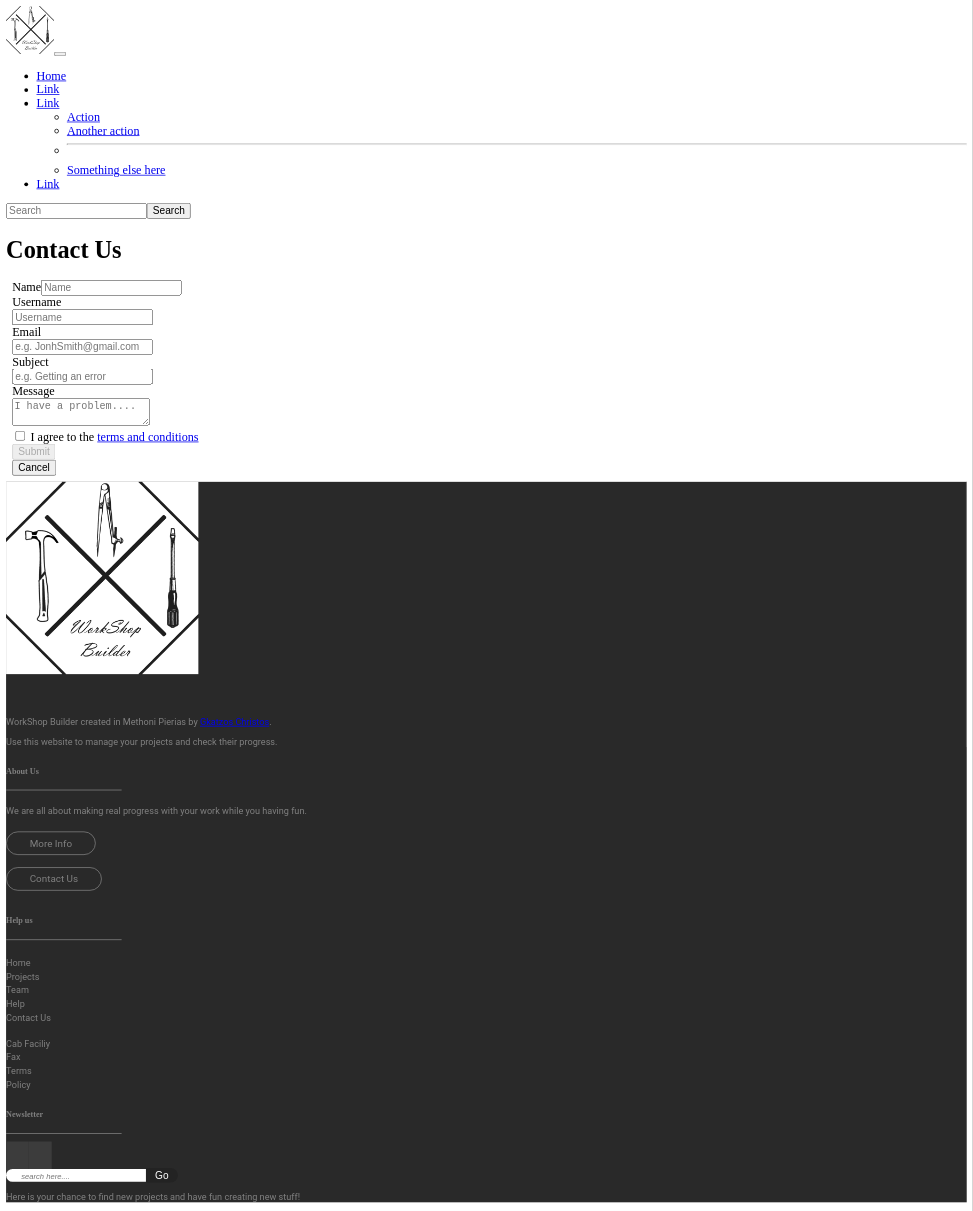
Repository: GkatzosChristos/workshop-builder-ui
Page: /contactUs (app in workshop-builder-ui/)
The author's editor kept a copy of each file at every save. The page is drawn from the files as they stood at one save, then again after the next save.
The browser window is 1280 px wide. The pictures show the whole page, at 76% of full size.
The project was rebuilt for these pictures with package versions that can differ from the ones it lists, and the page was loaded fresh each time. Also part of the build but not shown: workshop-builder-ui/angular.json, workshop-builder-ui/src/app/about-us/about-us.component.ts, workshop-builder-ui/src/app/home/home.component.ts, workshop-builder-ui/src/app/project/project.component.ts.

Above is the page before, as saved 2021-08-27 16:32:12.

After the next save:
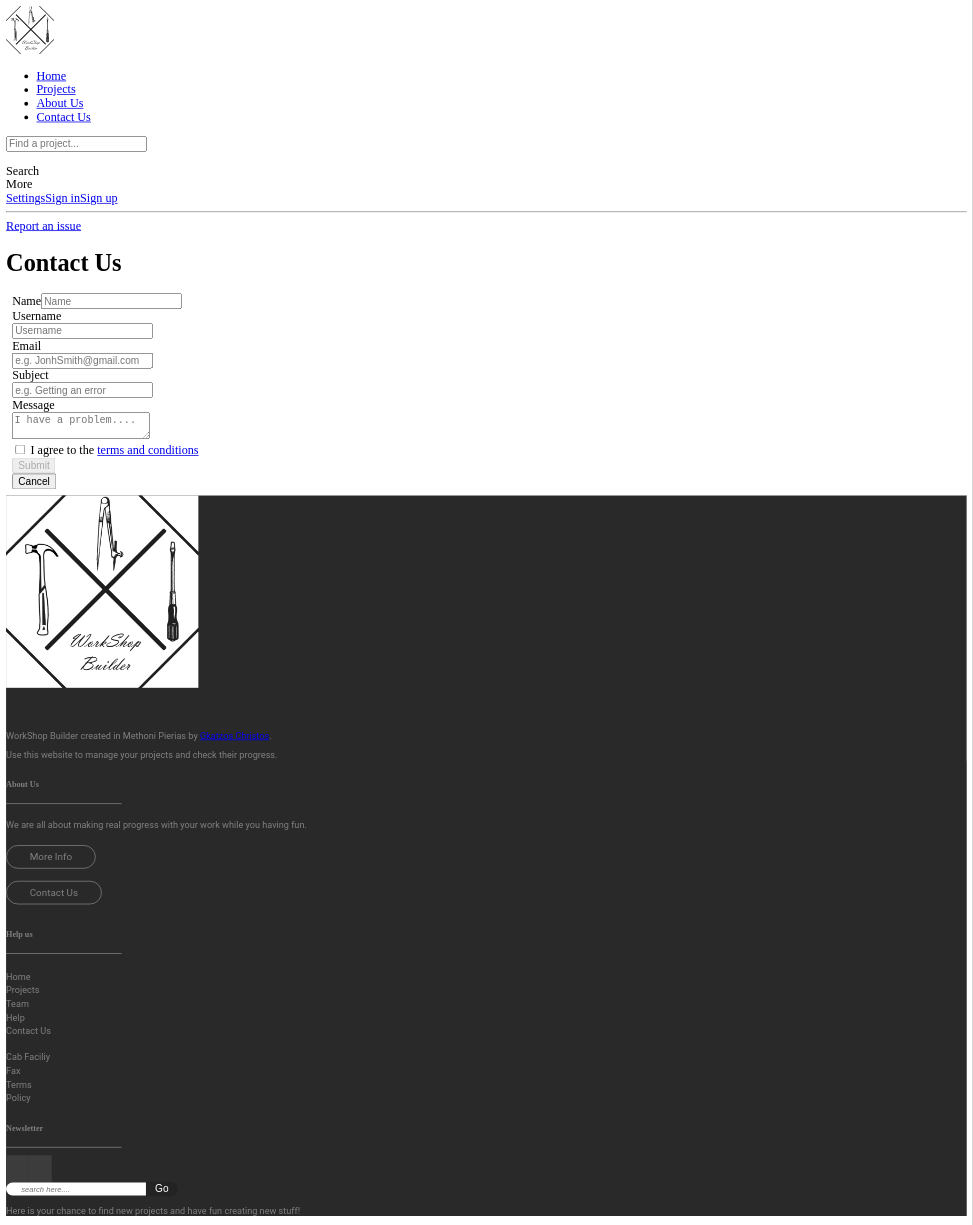
Saved 39 s later.
--- a/workshop-builder-ui/src/app/header/header.component.html
+++ b/workshop-builder-ui/src/app/header/header.component.html
@@ -1,36 +1,60 @@
-<nav class="navbar navbar-dark bg-dark">
-    <div class="container-fluid">
-      <a class="navbar-brand" routerLink="/"><img src="/assets/images/workshop_logo.jpg" alt="WorkShop Builder"></a>
-      <button class="navbar-toggler" type="button" data-bs-toggle="collapse" data-bs-target="#navbarScroll" aria-controls="navbarScroll" aria-expanded="false" aria-label="Toggle navigation">
-        <span class="navbar-toggler-icon"></span>
-      </button>
-      <div class="collapse navbar-collapse" id="navbarScroll">
-        <ul class="navbar-nav me-auto my-2 my-lg-0 navbar-nav-scroll" style="--bs-scroll-height: 100px;">
-          <li class="nav-item">
-            <a class="nav-link active" aria-current="page" href="#">Home</a>
-          </li>
-          <li class="nav-item">
-            <a class="nav-link" href="#">Link</a>
-          </li>
-          <li class="nav-item dropdown">
-            <a class="nav-link dropdown-toggle" href="#" id="navbarScrollingDropdown" role="button" data-bs-toggle="dropdown" aria-expanded="false">
-              Link
+<head>
+    <title>header</title>
+    <meta charset="utf-8">
+</head>
+<header>
+    <nav class="navbar" role="navigation" aria-label="main navigation">
+        <div class="navbar-brand">
+            <a class="navbar-item" routerLink="/">
+                <img src="/assets/images/workshop_logo.jpg" alt="WorkShop Builder">
             </a>
-            <ul class="dropdown-menu" aria-labelledby="navbarScrollingDropdown">
-              <li><a class="dropdown-item" href="#">Action</a></li>
-              <li><a class="dropdown-item" href="#">Another action</a></li>
-              <li><hr class="dropdown-divider"></li>
-              <li><a class="dropdown-item" href="#">Something else here</a></li>
+        </div>
+        <div id="navbar" class="navbar-menu has-text-centered">
+            <ul class="nav nav-tabs">
+                <li class="nav-item">
+                    <a class="nav-link" routerLink="/"><i class="fa fa-home mr-1"
+                            aria-hidden="true"></i>Home</a>
+                </li>
+                <li class="nav-item">
+                    <a class="nav-link" routerLink="/projects"><i class="fa fa-tasks mr-1"
+                            aria-hidden="true"></i>Projects</a>
+                </li>
+                <li class="nav-item">
+                    <a class="nav-link" routerLink="/aboutUs"><i class="fa fa-building mr-1"
+                            aria-hidden="true"></i>About Us</a>
+                </li>
+                <li class="nav-item">
+                    <a class="navbar-item has-text-white " routerLink="/contactUs"><i class="fa fa-envelope mr-1"
+                            aria-hidden="true"></i>Contact Us</a>
+                </li>
             </ul>
-          </li>
-          <li class="nav-item">
-            <a class="nav-link disabled" href="#" tabindex="-1" aria-disabled="true">Link</a>
-          </li>
-        </ul>
-        <form class="d-flex">
-          <input class="form-control me-2" type="search" placeholder="Search" aria-label="Search">
-          <button class="btn btn-outline-success" type="submit">Search</button>
-        </form>
-      </div>
-    </div>
-  </nav>
+
+            <div class="control has-addons">
+                <p class="control is-expanded"><input class="input" type="text" placeholder="Find a project..."></p>
+            </div>
+            <div class="control">
+                <a class="button is-light is-outlined">
+                    Search
+                </a>
+            </div>
+        </div>
+        <div class="navbar-end">
+            <div class="navbar-item has-dropdown is-hoverable">
+                <a class="navbar-link has-text-white">
+                    More
+                </a>
+                <div class="navbar-dropdown is-right has-background-dark ">
+                    <a class="navbar-item has-text-white" href="#"><i class="fa fa-cog mr-1"
+                            aria-hidden="true"></i>Settings</a>
+                    <a class="navbar-item has-text-white" href="#"><i class="fa fa-sign-in mr-1"
+                            aria-hidden="true"></i>Sign in</a>
+                    <a class="navbar-item has-text-white" href="#"><i class="fa fa-user-plus mr-1"
+                            aria-hidden="true"></i>Sign up</a>
+                    <hr class="navbar-divider">
+                    <a class="navbar-item has-text-white" href="/contactUs"><i class="fa fa-exclamation-triangle mr-1"
+                            aria-hidden="true"></i>Report an issue</a>
+                </div>
+            </div>
+        </div>
+    </nav>
+</header>
